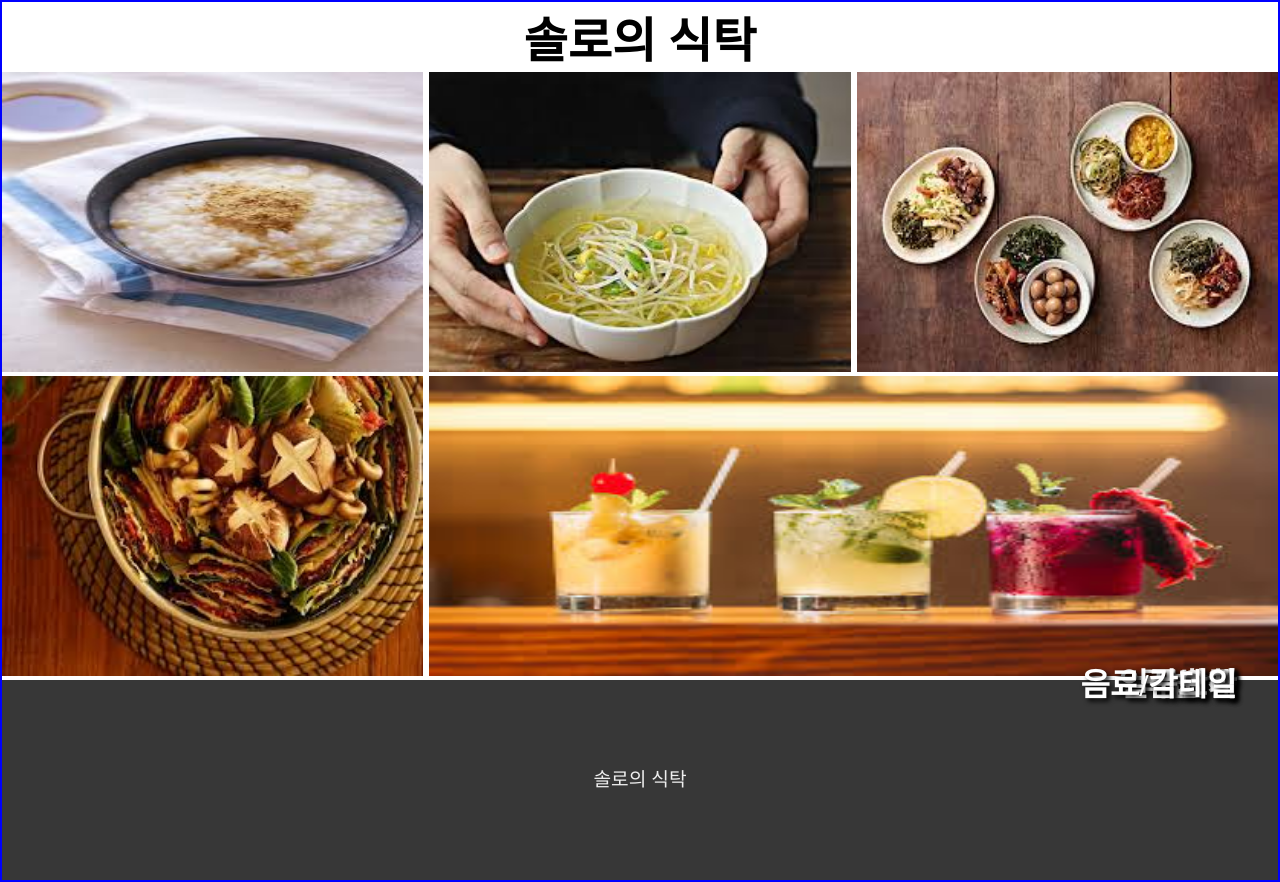
Repository: b1996om/HTML-CSS_study
Page: pro09/public/kimbom_1.html
The author's editor kept a copy of each file at every save. The page is drawn from the files as they stood at one save, then again after the next save.
The browser window is 1280 px wide. The pictures show the whole page.

Above is the page before, as saved 2022-12-09 08:26:49.

After the next save:
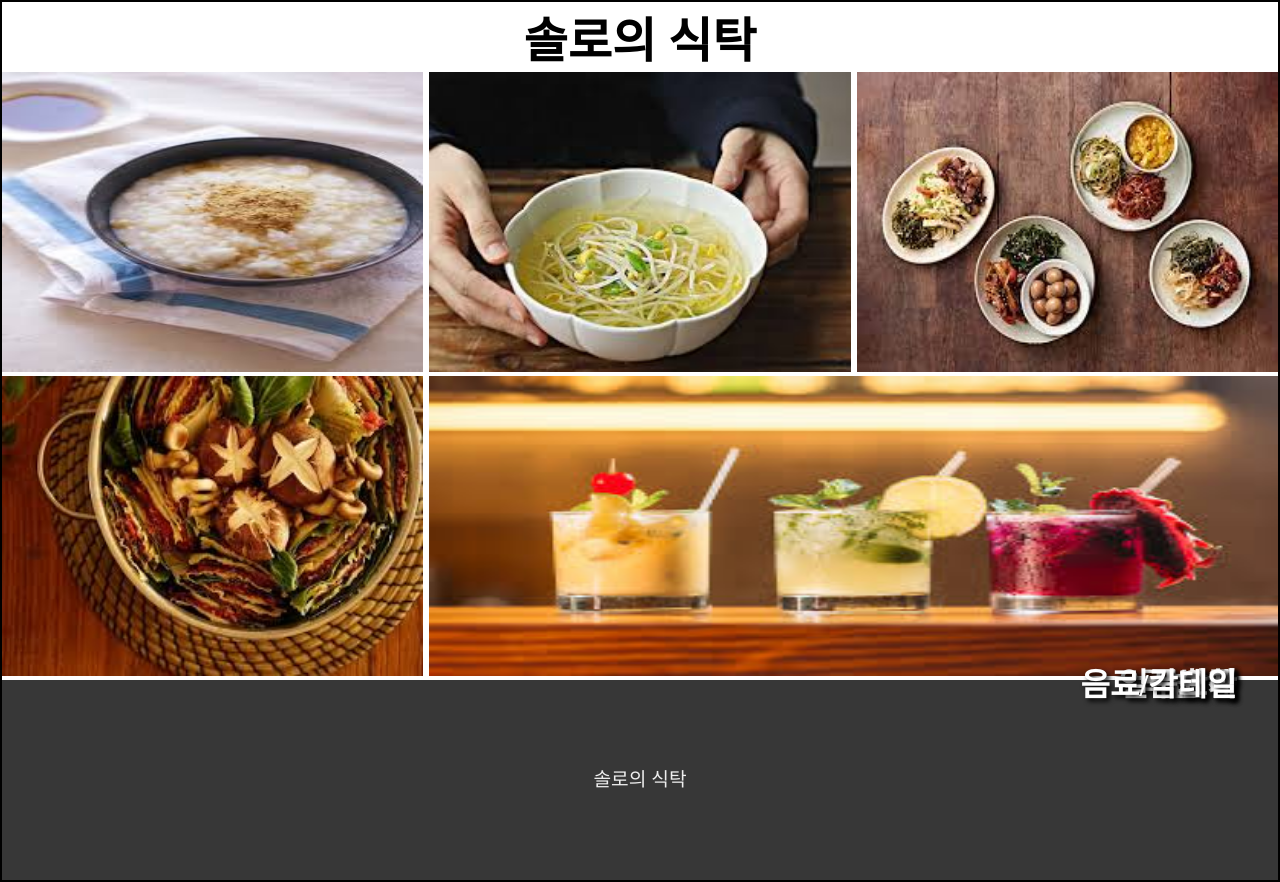
Saved 11 s later.
--- a/pro09/public/css/style-result.css
+++ b/pro09/public/css/style-result.css
@@ -7,7 +7,7 @@
 }
 #con {
 	width:100%;
-	border:2px solid blue;
+	border:2px solid black;
 }
 header {
 	width:100%;
